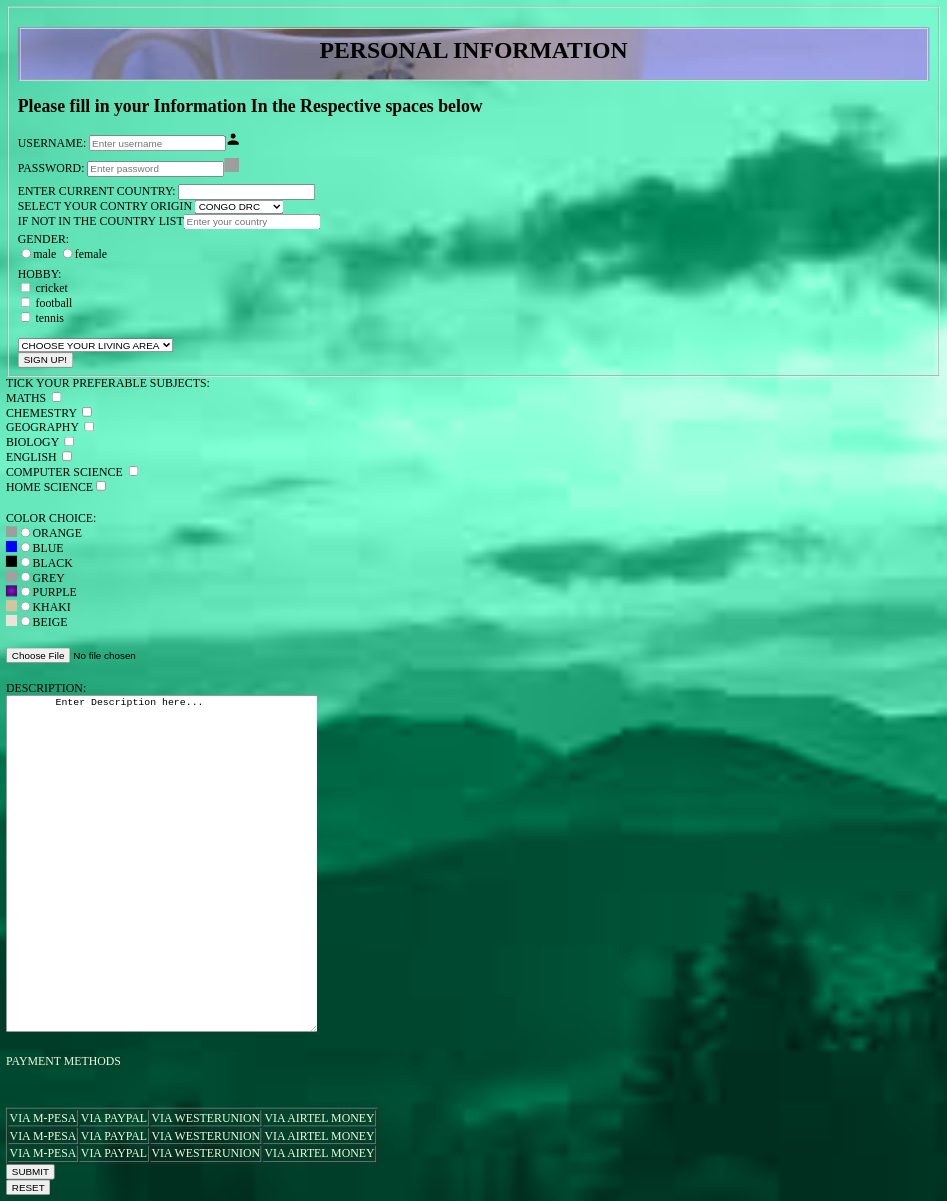
Repository: mirambialex/myform
Page: website/INDEX.HTML
An editor plug-in stored every save of this project. The page is shown before and after a run of saves, followed by the edit.
The browser window is 1280 px wide. The pictures show the whole page, at 74% of full size.
Pictures or frames that could not be fetched are drawn as grey boxes.

Above is the page before, as saved 2024-04-18 11:21:02.

### website/INDEX.HTML
<!DOCTYPE html>
<html lang="en">
<head>

    <title>WEBPAGE DESIGN</title>
    <LINK REL="STYLESHEET" HREF="STYLE.CSS">
</head>
<body>
   <FOrm> <FIEldset>
            <DIV class="AI">
                <h1><FIEldset>PERSONAL INFORMATION </FIEldset></h1>
</DIV>
<DIV CLASS="BI"> <H2>
    Please fill in your Information In the Respective spaces below
</H2>
</DIV>
<div class="gb">
 <DIV class="MAIN">USERNAME: <INPUT TYPE="TEXT" placeholder="Enter username"><img width="20" height="20" src="user.jpg"<br/>

 </DIV>
 <DIV class="A"> PASSWORD: <INPUT TYPE="PASSWORD" placeholder="Enter password"><img width="20" height="20" src="https://img.icons8.com/ios-filled/50/lock.png" alt="lock"/> <br/></DIV>
    <DIV class="AB">
        ENTER CURRENT COUNTRY: <INPUT type="text"></INPUT>
    </DIV>
    <DIV CLASS="B">
        SELECT YOUR CONTRY ORIGIN <SELect>
            <OPTIon>CONGO DRC</OPTIon>
            <OPTIon>KENYA</OPTIon>
            <OPTIon>SUDAN</OPTIon>
            <OPTIon>SOUTH SUDAN</OPTIon>
            <OPTIon>RWANDA</OPTIon>
            <OPTIon>BURUNDI</OPTIon>
            <OPTIon>UGANDA</OPTIon>
            <OPTIon>TANZANIA</OPTIon>
            <OPTIon>SOMALIA</OPTIon>

        </SELect> <br/>
    </DIV>
    <div class="wcb">
    IF NOT IN THE COUNTRY LIST<INPUt type="TEXT" placeholder="Enter your country"</INPUt>
    </div>
<div class="d">
<LAbeL for="GENDER">GENDER: </LAbel><BR/>
<INPUT type="radio" ID="GENDER" name="GENDER" VALUE="male"/>male
<INPUT type="radio" ID="GENDER" name="GENDER" VALUE="female"/>female <br/>
</div>
<div class="e">
HOBBY:<br>
<input type="checkbox" id="cricket" name="cricket" value="cricket"/>
<label for="cricket">cricket</label> <br>
<input type="checkbox" id="football" name="football" value="football"/>
<label for="football">football</label> <br>
<input type="checkbox" id="tennis" name="tennis" value="tennis"/>
<label for="tennis">tennis</label> <br>
<br/> </div>
<div class="address">
    <select name="address">
        <option value="one">CHOOSE YOUR LIVING AREA</option>
        <option>kakuma town</option>
        <option>kakuma 1</option>
        <option>kakuma 2</option>
        <option>kakuma 3</option>
        <option>kakuma 4</option>
        <option>kalobeyeyi</option>
    </select>
</div>
<DIV class="C"><BUTTon>SIGN UP!</BUTTon></DIV>
</FIEldset>
</div>
</div>
</DIV>
</FORM>
<FORM>
    <DIV class="FORM"></A>TICK YOUR PREFERABLE SUBJECTS: <BR/>
    MATHS <input TYPE="checkbox" NAME="MATHS" VALUE="ON"><BR/>
    CHEMESTRY <INPUT type="checkbox" NAME="CHEMESTRY" VALUE="ON"><BR/>
        GEOGRAPHY <INPUT type="checkbox" NAME="GEOGRAPHY" value="ON"><BR/>
            BIOLOGY <INPUT type="checkbox" NAME="BIOLOGY" VALUE="ON"><BR/>
                ENGLISH <input type="checkbox" name="ENGLISH" value="ON"><BR/>
                COMPUTER SCIENCE <input TYPE="checkbox" name="COMPUTER SCIENCE" value="ON"><BR/>
                HOME SCIENCE<input type="checkbox" name="HOME SCIENCE" VALUE="ON"></BR></DIV>
                <DIV class="FORM2">
                    <LAbel FOR="COLOR CHOICE">COLOR CHOICE:</LAbel><BR/>
                    <IMG WIDTH="15" HEIGHT="15" SRC="ORAGE.JPG"><INPut type="RADIO" NAME="COLOR" VALUE="ORANGE">ORANGE</INPut><BR/>
                    <IMG WIDTH="15" HEIGHT="15" SRC="BLUE.JPG"><INPut type="RADIO" NAME="COLOR" VALUE="BLUE">BLUE</INPut><BR/>
                    <IMG WIDTH="15" HEIGHT="15" SRC="BLACK.JPG"><INPut type="RADIO" NAME="COLOR" VALUE="BLACK">BLACK</INPut><BR/>
                    <IMG WIDTH="15" HEIGHT="15" SRC="GREY.JPG"><INPut type="RADIO" NAME="COLOR" VALUE="GREY">GREY</INPut><BR/>
                    <IMG WIDTH="15" HEIGHT="15" SRC="PURPLE.JPG"><INPut type="RADIO" NAME="COLOR" VALUE="PURPLE">PURPLE</INPut><BR/>
                    <IMG WIDTH="15" HEIGHT="15" SRC="KHAKI.JPG"><INPut type="RADIO" NAME="COLOR" VALUE="KHAKI">KHAKI</INPut><BR/>
                    <IMG WIDTH="15" HEIGHT="15" SRC="BEIGE.JPG"><INPut type="RADIO" NAME="COLOR" VALUE="BEIGE">BEIGE</INPut><BR/>
                </DIV>
                <DIV class="FILE"><INPUT TYPE="FILE" NAME="FILEUPLOAD" accept="IMAGE/*" /></DIV>
                <DIV class="FORM1">
    DESCRIPTION: <br/>
    <textarea name="Description" cols="50" rows="30">
        Enter Description here...
    </textarea>
</DIV>
<DIV class="TABLE1">
    <TABle border="1">PAYMENT METHODS<BR/>
    <TR><BR/>
    <TD>VIA M-PESA</TD>
    <TD>VIA PAYPAL</TD>
    <TD>VIA WESTERUNION</TD>
    <TD>VIA AIRTEL MONEY</TD>
</TR>
<TR><BR/>
    <TD>VIA M-PESA</TD>
    <TD>VIA PAYPAL</TD>
    <TD>VIA WESTERUNION</TD>
    <TD>VIA AIRTEL MONEY</TD>
</TR>
<TR><BR/>
    <TD>VIA M-PESA</TD>
    <TD>VIA PAYPAL</TD>
    <TD>VIA WESTERUNION</TD>
    <TD>VIA AIRTEL MONEY</TD>
</TR>
</TABle>
</DIV>
<FORm class="FORM5">
<INPut type="submit" name="submit" value="SUBMIT"></INPut><BR/>
<INPut type="RESET" name="RESET" value="RESET"></INPut><BR/>
<INPut type="HIDDEN" name="HIDDEN" value="HIDDEN"></INPut>
</FORM>
 </body>
</html>

### website/STYLE.CSS
BODY{
    background-image: url(IMAGE.JPG);
    background-color: aquamarine;
    background-position: center;
    background-size: cover;
    background-repeat: no-repeat;
    background-blend-mode: luminosity;
}
H1{
    text-align: center;
}
.O{
    background-color: aliceblue;
    background-image: url(ALEX.PNG.JPG);
}
.MAIN{
    margin-bottom: 0.8%;
    background-color:
}
.A{
    margin-bottom: 0.8%;
}
.c{
    margin-bottom: 1.5%;
    color: blueviolet;
    text-decoration: aqua;
}
.d{
    margin-top: 0.4%;

}
.e{
    margin-top: 0.6%;
}
.AI{
    background-image: url(ALEX.JPG);
    background-repeat: no-repeat;
    background-position: center;
    background-size: cover;
}
.gb{
    display: block;

}
: :-ms-input-placeholder{
    color:red;
}
.address{

}
.FORM1{
    margin-top: 2%;
    margin-bottom: 2%;
}
.TABLE1{
    color: beige;
    border-radius: 20;

}
.FORM2{
    margin-top: 2%;
}
.FILE{
    margin-top: 2%;
}
.SEARCH{
    width: 350PX;
    float: left;
    margin-left: 270PX;
}
.SRCH{
    height: 0;
    width: 200PX;
    background: transparent;
    border: 1PX solid orange;
    font-family: 'Times New Roman';
    margin-top: ;
    color: ;
    font-size: ;
    border-right: ;
}

After the next 2 saves:
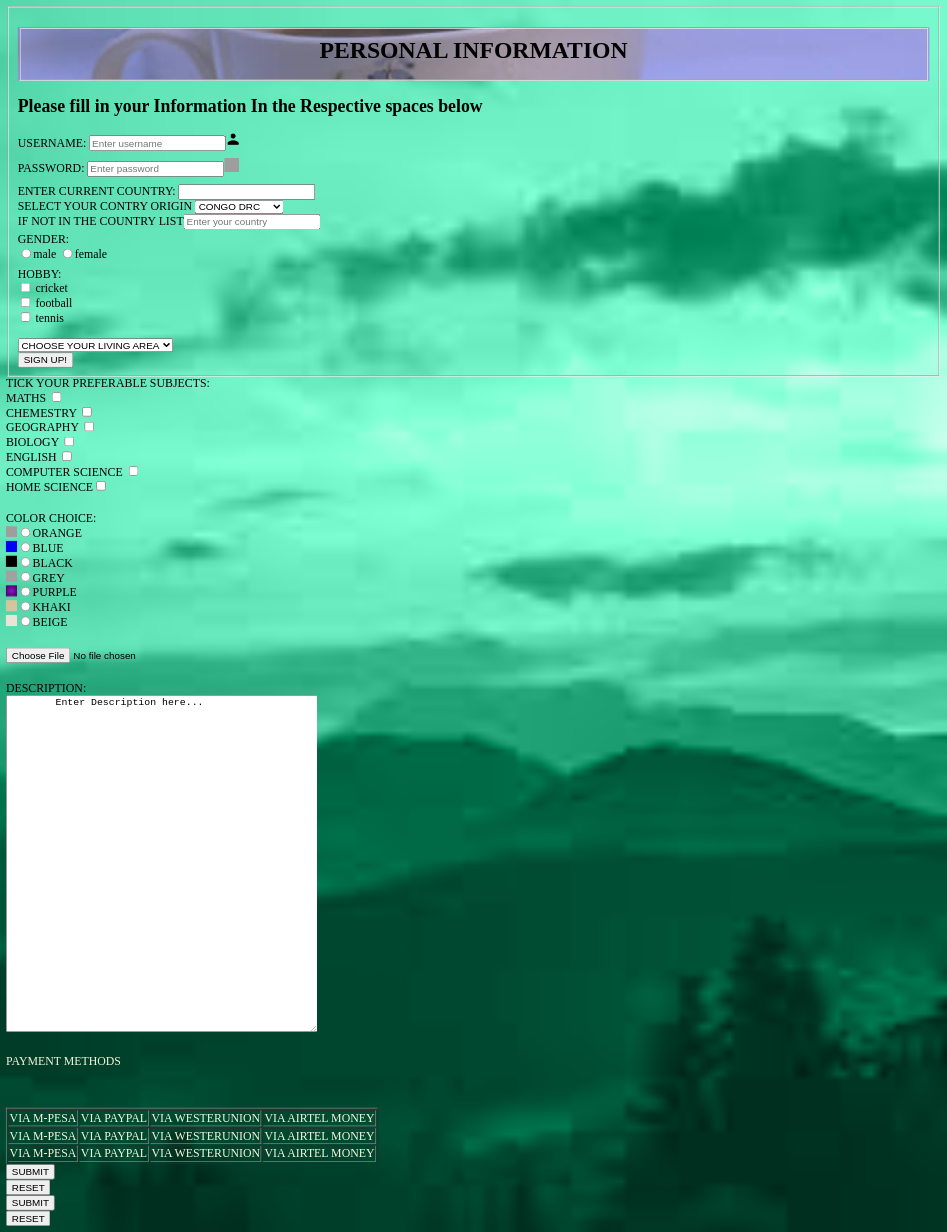
The 2 saves are shown as one change because they came seconds apart.
The last was saved 54 s later.
--- a/website/INDEX.HTML
+++ b/website/INDEX.HTML
@@ -123,5 +123,8 @@ HOBBY:<br>
 <INPut type="RESET" name="RESET" value="RESET"></INPut><BR/>
 <INPut type="HIDDEN" name="HIDDEN" value="HIDDEN"></INPut>
 </FORM>
+<INPut type="submit" name="submit" value="SUBMIT"></INPut><BR/>
+<INPut type="RESET" name="RESET" value="RESET"></INPut><BR/>
+<INPut type="HIDDEN" name="HIDDEN" value="HIDDEN"></INPut>
  </body>
 </html>
